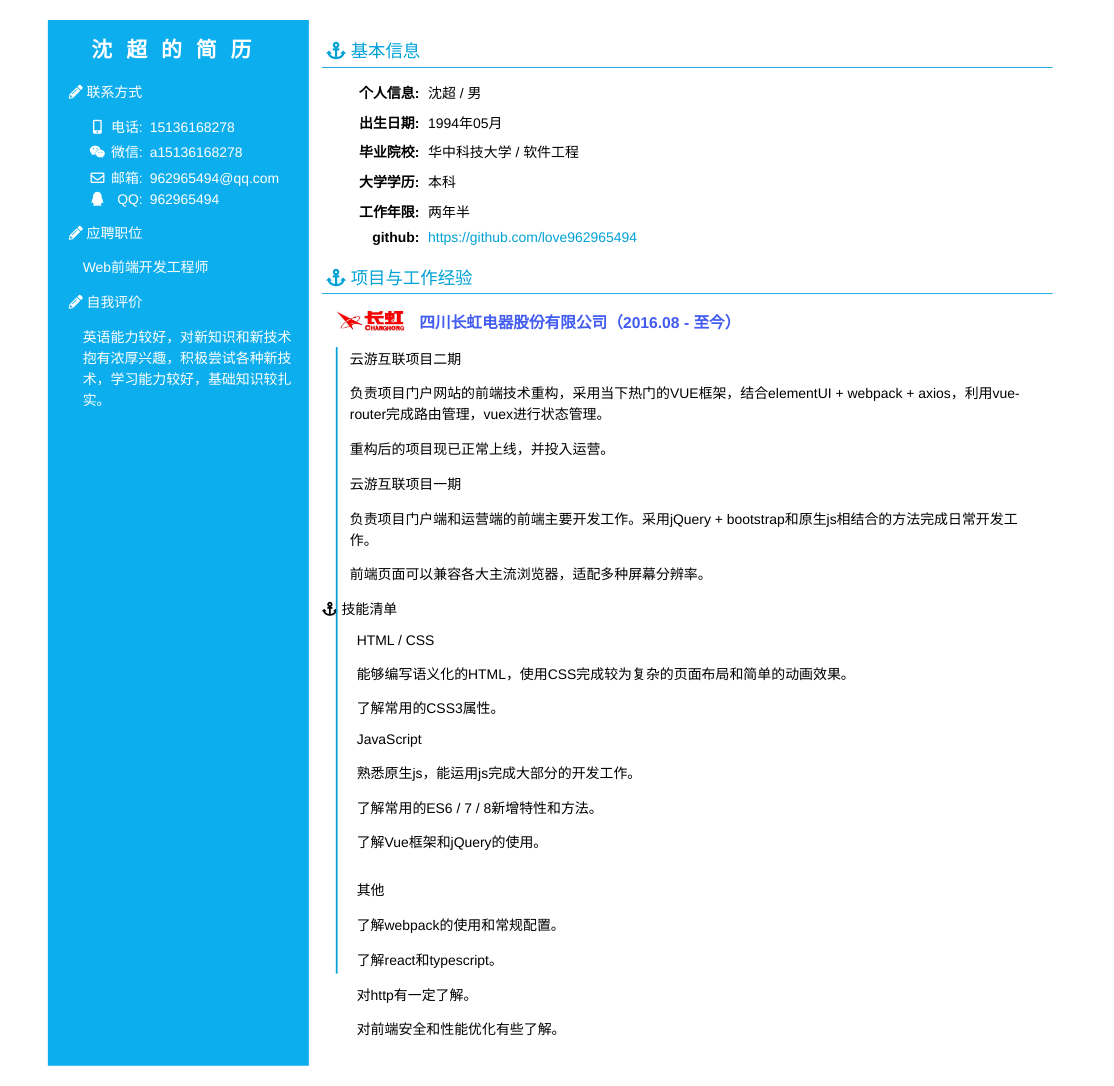
Repository: love962965494/my-resume
Page: index.html
An editor plug-in stored every save of this project. The page is shown before and after the next save, followed by the edit.
The browser window is 1280 px wide. The pictures show the whole page, at 87% of full size.
Some web libraries are served in a nearby version. The style sheet was rebuilt from its Sass, Less or Tailwind sources for each picture, by a compiler version that may differ from the author's.

Above is the page before, as saved 2018-09-02 18:22:45.

### index.html
<!DOCTYPE html>
<html lang="en">

<head>
  <meta charset="UTF-8">
  <meta name="viewport" content="width=device-width, initial-scale=1.0">
  <meta http-equiv="X-UA-Compatible" content="ie=edge">
  <title>沈超的简历</title>
  <link rel="stylesheet" href="https://use.fontawesome.com/releases/v5.0.10/css/all.css" integrity="sha384-+d0P83n9kaQMCwj8F4RJB66tzIwOKmrdb46+porD/OvrJ+37WqIM7UoBtwHO6Nlg"
    crossorigin="anonymous">
  <link rel="stylesheet" href="./styles/myResume.css">
</head>

<body>
  <div id="container" class="container">
    <!-- 左边栏 -->
    <aside class="content__left">
      <!-- 头像区域 -->
      <div class="content__left--title">
        <h1>沈超的简历</h1>
      </div>

      <!-- 联系方式区域 -->
      <div class="content__left--contact">
        <div class="title">
          <i class="fas fa-pencil-alt"></i>
          <span>联系方式</span>
        </div>
        <ul class="list">
          <li>
            <span>
              <i class="fas fa-mobile-alt"></i>
            </span>
            <span>电话:</span>
            <span>15136168278</span>
          </li>
          <li>
            <span>
              <i class="fab fa-weixin"></i>
            </span>
            <span>微信:</span>
            <span>a15136168278</span>
          </li>
          <li>
            <span>
              <i class="far fa-envelope"></i>
            </span>
            <span>邮箱:</span>
            <span>962965494@qq.com</span>
          </li>
          <li>
            <span>
              <i class="fab fa-qq"></i>
            </span>
            <span>QQ:</span>
            <span>962965494</span>
          </li>
        </ul>
      </div>

      <!-- 应聘职位区域 -->
      <div class="content__left--application">
        <span class="title">
          <i class="fas fa-pencil-alt"></i>
          <span>应聘职位</span>
        </span>
        <p class="job">Web前端开发工程师</p>
      </div>

      <!-- 个人评价区域 -->
      <div class="content__left--evaluation">
        <span class="title">
          <i class="fas fa-pencil-alt"></i>
          <span>自我评价</span>
        </span>
        <p class="evaluate">英语能力较好，对新知识和新技术抱有浓厚兴趣，积极尝试各种新技术，学习能力较好，基础知识较扎实。</p>
      </div>
    </aside>

    <!-- 右边栏 -->
    <div class="content__right">
      <!-- 基本信息 -->
      <div class="content__right--basic">
        <div class="header">
          <i class="fas fa-anchor"></i>
          <span>基本信息</span>
        </div>
        <ul class="list">
          <li>
            <span>个人信息:</span>
            <span>沈超 / 男</span>
          </li>
          <li>
            <span>出生日期:</span>
            <span>1994年05月</span>
          </li>
          <li>
            <span>毕业院校:</span>
            <span>华中科技大学 / 软件工程</span>
          </li>
          <li>
            <span>大学学历:</span>
            <span>本科</span>
          </li>
          <li>
            <span>工作年限:</span>
            <span>两年半</span>
          </li>
          <li>
            <span>github:</span>
            <span><a href="https://github.com/love962965494" target="_blank">https://github.com/love962965494</a></span>
          </li>
        </ul>
      </div>

      <!-- 项目经验 -->
      <div class="content__right--experience">
        <div class="header">
          <i class="fas fa-anchor"></i>
          <span>项目与工作经验</span>
        </div>
        <ul class="list">
          <li>
            <div class="company">
              <img src="./image/changhong.jpg" alt="长虹Logo">
              <span>四川长虹电器股份有限公司（2016.08 - 至今）</span>
            </div>
            <ul class="work-experience-list">
              <li>
                <div class="work-name circle">云游互联项目二期</div>
                <div class="work-info">
                  <p>负责项目门户网站的前端技术重构，采用当下热门的VUE框架，结合elementUI + webpack + axios，利用vue-router完成路由管理，vuex进行状态管理。</p>
                  <p>重构后的项目现已正常上线，并投入运营。</p>
                </div>
                <div class="work-picture"></div>
              </li>
              <li style="padding-top: 0">
                <div class="work-name circle">云游互联项目一期</div>
                <div class="work-info">
                  <p>负责项目门户端和运营端的前端主要开发工作。采用jQuery + bootstrap和原生js相结合的方法完成日常开发工作。</p>
                  <p>前端页面可以兼容各大主流浏览器，适配多种屏幕分辨率。</p>
                </div>
                <div class="work-picture"></div>
              </li>
            </ul>
          </li>
        </ul>
      </div>

      <!-- 技能清单 -->
      <div class="skill-info info">
        <div class="header">
          <i class="fas fa-anchor"></i>
          <span>技能清单</span>
        </div>
        <div class="content">
          <ul class="skill-list">
            <li>
              <div class="skill-name circle">HTML / CSS</div>
              <div class="skill-info">
                <p>能够编写语义化的HTML，使用CSS完成较为复杂的页面布局和简单的动画效果。</p>
                <p>了解常用的CSS3属性。</p>
              </div>
            </li>
            <li>
              <div class="skill-name circle">JavaScript</div>
              <div class="skill-info">
                <p>熟悉原生js，能运用js完成大部分的开发工作。</p>
                <p>了解常用的ES6 / 7 / 8新增特性和方法。</p>
                <p>了解Vue框架和jQuery的使用。</p>
              </div>
            </li>
            <li style="border-top: 15px solid transparent;">
              <div class="skill-name circle">其他</div>
              <div class="skill-info">
                <p>了解webpack的使用和常规配置。</p>
                <p>了解react和typescript。</p>
                <p>对http有一定了解。</p>
                <p>对前端安全和性能优化有些了解。</p>
              </div>
            </li>
          </ul>
        </div>
      </div>
    </div>
  </div>
</body>

</html>

### styles/myResume.scss
@mixin text-center {
  text-align: center;
}

@mixin row {
  grid-column: 1 / span 12;
}

@media (min-width: 992px) {
  .container {
    width: 970px;
  }
}

@media (min-width: 1200px) {
  .container {
    width: 1170px;
  }
}

html {
  font-size: 16px;
}

a,
a:hover,
a:visited {
  color: #00A1D6;
  text-decoration: none;
}

ul {
  list-style: none;
}

.container {
  display: grid;
  grid-template-columns: minmax(200px, 300px) 1fr;
  padding: 15px;
  margin: auto;
  font-family: "Helvetica Neue", Helvetica, "PingFang SC", "Hiragino Sans GB", "Microsoft YaHei", "微软雅黑", Arial, sans-serif;
}

/* ----------------------------- 左边栏 ----------------------------- */
.content__left {
  display: grid;
  grid-template-columns: repeat(12, 1fr);
  grid-template-rows: repeat(4, min-content);
  background-color: #0daeee;
  color: #fff;
  &--title {
    @include row;
    @include text-center;
    margin: 15px 0 20px;
    &>h1 {
      margin: 0;
      white-space: nowrap;
      letter-spacing: 1rem;
    }
  }
  @mixin title {
    padding-left: 1.5rem;
  }
  &--contact {
    @include row();
    &>.title {
      @include title;
    }
    &>.list {
      &>li {
        display: grid;
        grid-template-columns: 1.5rem 3rem 1fr;
        align-items: baseline;
        margin: 5px;
        &>span:nth-of-type(1) {
          text-align: center;
        }
        &>span:nth-of-type(2) {
          text-align: right;
          padding-right: .5rem;
        }
      }
    }
  }
  &--application {
    @include row();
    &>.title {
      @include title;
    }
    &>.job {
      padding-left: 40px;
    }
  }
  &--evaluation {
    @include row();
    &>.title {
      @include title;
    }
    &>.evaluate {
      padding-left: 40px;
      padding-right: 1rem;
    }
  }
}

/* ----------------------------- 右边栏 ----------------------------- */
.content__right {
  padding: 15px;
  @mixin header {
    padding: 5px;
    border-bottom: 1px solid currentColor;
    color: #00A1D6;
    font-size: 20px;
  }
  &--basic {
    &>.header {
      @include header;
    }
    &>.list {
      padding: 0;
      &>li {
        margin: 10px 2rem;
        display: grid;
        grid-template-columns: 5rem 1fr;
        grid-column-gap: 10px;
        &>span:nth-of-type(1) {
          font-weight: 600;
          text-align: right;
          white-space: nowrap;
        }
      }
    }
  }
  &--experience {
    &>.header {
      @include header;
    }

    & > .list {
      padding: 0;

      & > li {
        margin: 10px 2rem;
        & > .company {
          display: flex;
          margin-bottom: 15px;
          align-items: center;
          img {
            width: 80px;
            margin-right: 1rem;
            margin-left: -1rem;
          }

          span {
            color: #425cf0;
            font-weight: 600;
            font-size: 18px;
            white-space: nowrap;
          }
        }

        & > .work-experience-list {
          padding: 0;

          &::before {
            content: '';
            position: absolute;
            height: 100%;
            margin-left: -1rem;
            border-left: 2px solid #00A1D6;
          }
        }
      }
    }
  }
}

After the next save:
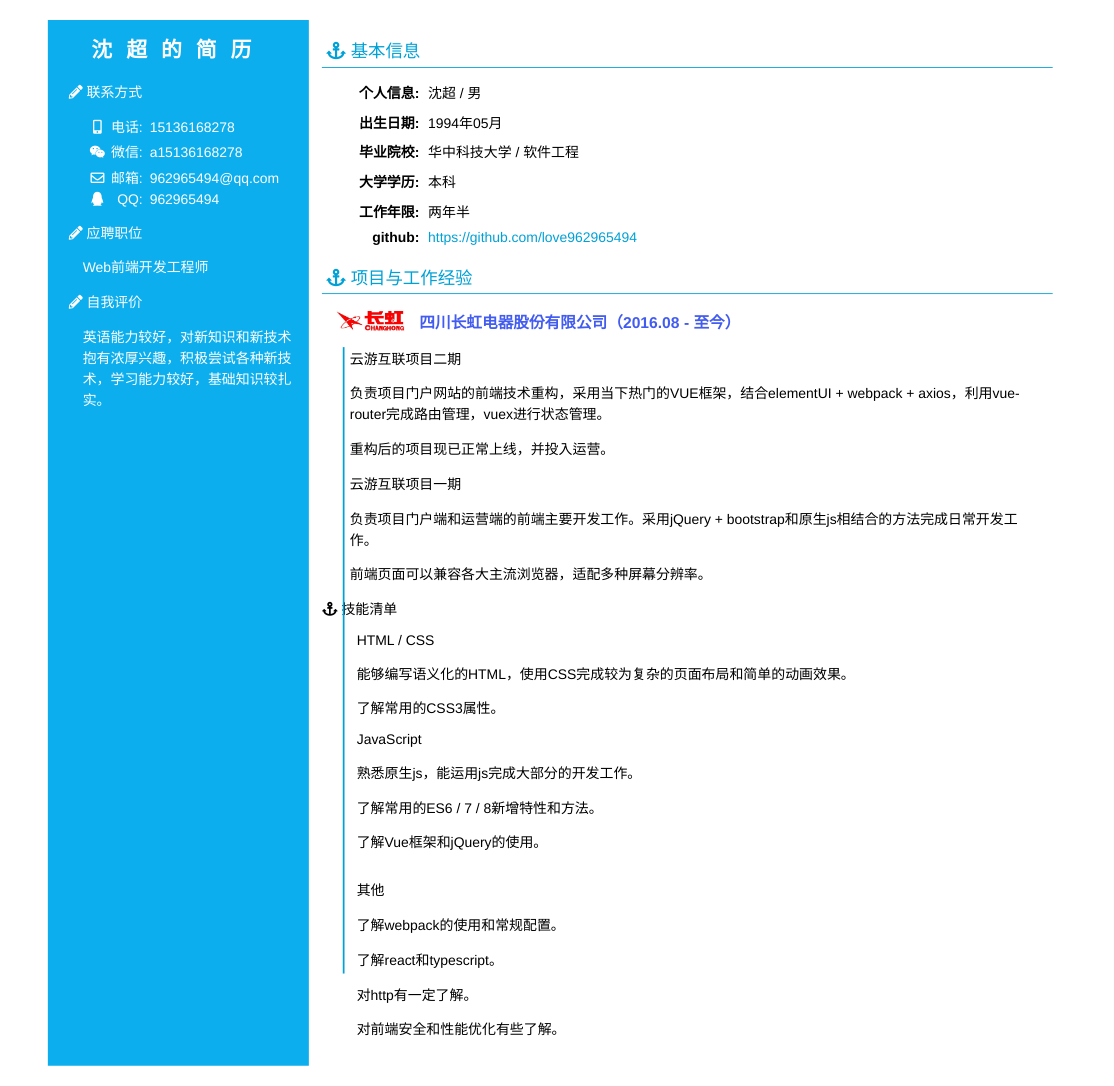
Saved 10 s later.
--- a/styles/myResume.scss
+++ b/styles/myResume.scss
@@ -166,7 +166,7 @@
             content: '';
             position: absolute;
             height: 100%;
-            margin-left: -1rem;
+            margin-left: -.5rem;
             border-left: 2px solid #00A1D6;
           }
         }
